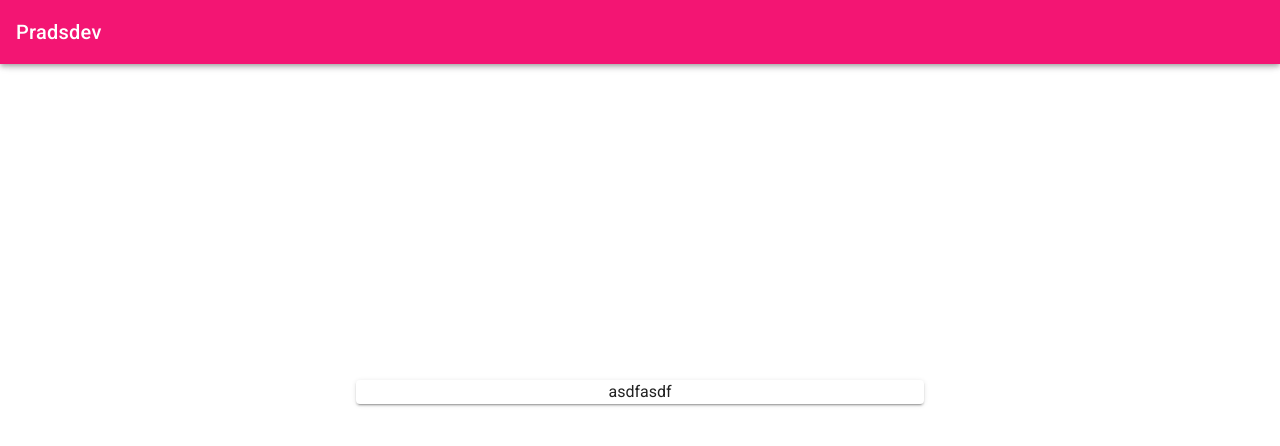
Repository: pradsdev/vue-form-validate
Page: /
These files come from the project's save history. The page is drawn as it stood at one moment and after the next save; the edit follows.
The browser window is 1280 px wide. The pictures show the whole page.
The project was rebuilt for these pictures with package versions that can differ from the ones it lists, and the page was loaded fresh each time. Also part of the build but not shown: vue.config.js.

Above is the page before, as saved 2020-12-21 22:48:13.

After the next save:
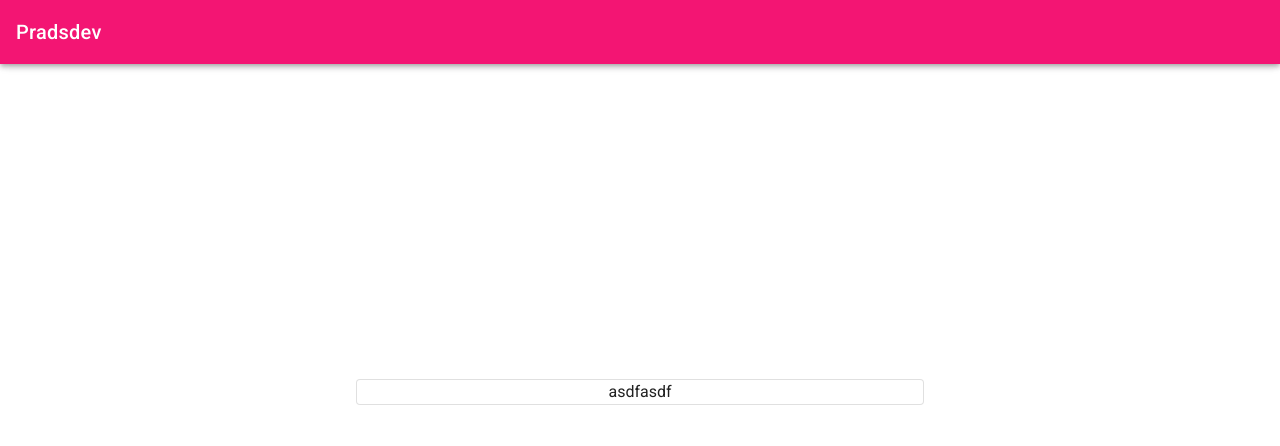
Saved 4 s later.
--- a/src/components/HelloWorld.vue
+++ b/src/components/HelloWorld.vue
@@ -2,7 +2,7 @@
   <v-container fill-height>
     <v-row class="text-center justify-center">
       <v-col cols="6">
-        <v-card outline>
+        <v-card outlined>
           asdfasdf
         </v-card>
       </v-col>
